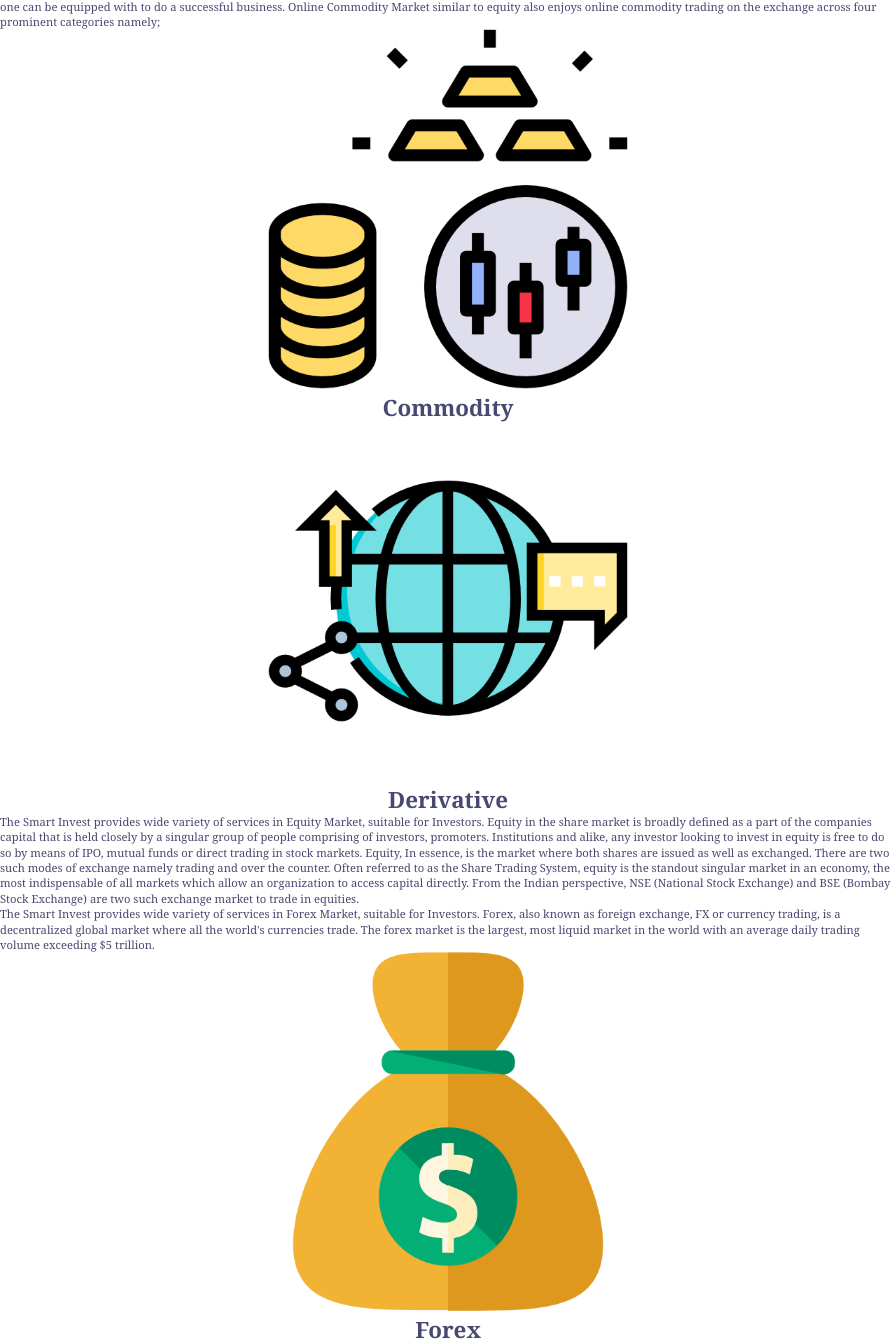
Repository: Demonster1999/Invest-Mart-new
Page: services.html
These files come from the project's save history. The page is drawn as it stood at one moment and after the next save; the edit follows.
The browser window is 1280 px wide. The pictures show the part of the page from y = 1412 to 3332 px (the page is 3332 px tall before and 3266 px after), at 70% of full size.
Some web libraries are served in a nearby version.

Above is the page before, as saved 2020-05-01 21:45:03.
Console error: TypeError: Failed to execute 'addEventListener' on 'EventTarget': parameter 2 is not of type 'Object'.

### services.html
<!doctype html>
<html lang="en">

<head>
  <!-- Required meta tags -->
  <meta charset="utf-8">
  <meta name="viewport" content="width=device-width, initial-scale=1, shrink-to-fit=no">

  <!-- Material Design for Bootstrap fonts and icons -->
  <link rel="stylesheet" href="https://fonts.googleapis.com/css?family=Roboto:300,400,500,700|Material+Icons">

  <!-- Material Design for Bootstrap CSS -->
  <link rel="stylesheet"
    href="https://unpkg.com/bootstrap-material-design@4.1.1/dist/css/bootstrap-material-design.min.css"
    integrity="sha384-wXznGJNEXNG1NFsbm0ugrLFMQPWswR3lds2VeinahP8N0zJw9VWSopbjv2x7WCvX" crossorigin="anonymous">

    <link rel="stylesheet" href="static/css/custom.css">
  <title>Services: Invest-Smart</title>
</head>

<body style="color:#484971 ; font-family :Georgia, 'Times New Roman', Times, serif ;" onload="window.addEventListener('load', fadeEffect);">
  <!-- preloader start -->
<div class="preloader" style="opacity: 1;">
  <img src="static/imgs/preloaderspin.svg" class="filler-green" alt="spinner">
</div>
  <!-- preloader end  -->

  <!-- nav start -->

  <nav class="navbar navbar-expand-lg fixed-top   text-center   ">
     <a class="navbar-brand" href="#">
       <img src="static/imgs/smartlogo.png"  height = "50"
         class="d-inline-block align-top" alt="">

     </a>
  <button class="navbar-toggler" type="button" data-toggle="collapse" data-target="#navbarSupportedContent"
    aria-controls="navbarSupportedContent" aria-expanded="false" aria-label="Toggle navigation">
    <span class="navbar-toggler-icon material-icons">menu</span>
  </button>

    <div class="collapse navbar-collapse justify-content-end  " id="navbarSupportedContent">
      <ul class="navbar-nav ">
        <li class="nav-item active mx-2 p-2">
          <a class="nav-link2" href="index.html">Home <span class="sr-only">(current)</span></a>
        </li>

        <li class="nav-item mx-2  p-2">
          <a href="About.html" class="nav-link2">About</a>
        </li>
        <li class="nav-item mx-2 p-2"><a href="services.html" class="nav-link2 ">Services</a></li>
        <li class="nav-item mx-2 p-2"><a href="Account.html" class="nav-link2">Account</a></li>
        <li class="nav-item mx-2 p-2"><a href="pricing.html" class="nav-link2">Pricing</a> </li>
        <li class="nav-item mx-2 p-2">
          <a class="nav-link2 " href="kyc.html">KYC</a>
        </li>
        <li class="nav-item mx-2 p-2 dropdown">
          <a class="nav-link2 dropdown-toggle" href="#" id="navbarDropdown" role="button" data-toggle="dropdown"
            aria-haspopup="true" aria-expanded="false">
            More
          </a>
          <div class="dropdown-menu" style= "background-color : rgba(255,255,255,0.45)" aria-labelledby="navbarDropdown">
            <a class="dropdown-item" href="#">Live Market</a>
            <div class="dropdown-divider"></div>
            <a class="dropdown-item" href="#">Trade</a>
            <div class="dropdown-divider"></div>
            <a class="dropdown-item" href="#">Portfolio</a>
            <div class="dropdown-divider"></div>
            <a class="dropdown-item" href="#">My Profile</a>
          </div>
        </li>

      </ul>

    </div>
  </nav>

  <!--  services Banner  -->

  <div class="top-wrapper p-5 text-center ">

    <h1 >
      Our Services
    </h1>

  </div>

  <!-- services Provided
   -->
   <div class="services container-fluid pt-5 mt-5">
     <div class="row">
      <div class="col-md-6">
       <center>
        <img src="static/imgs/icons/equity.png" class="img-fluid m-2 p-2" width="40%" alt="">
        <h1 class=" p-2 m-2"> Equity </h1>
       </center>


       </div>
       <div class="col-md-6 p-5">
<p class="p-2 m-2 blockquote">
  The Smart Invest provides wide variety of services in Equity Market, suitable for Investors. Equity in the share
  market
  is broadly defined as a part of the companies capital that is held closely by a singular group of people comprising
  of
  investors, promoters. Institutions and alike, any investor looking to invest in equity is free to do so by means of
  IPO,
  mutual funds or direct trading in stock markets. Equity, In essence, is the market where both shares are issued as
  well
  as exchanged. There are two such modes of exchange namely trading and over the counter. Often referred to as the Share
  Trading System, equity is the standout singular market in an economy, the most indispensable of all markets which
  allow
  an organization to access capital directly. From the Indian perspective, NSE (National Stock Exchange) and BSE (Bombay
  Stock Exchange) are two such exchange market to trade in equities.
</p>
       </div>


     </div>
   </div>
      <div class="services container-fluid pt-5 mt-5" style="background-color: #fff;">
        <div class="row">

          <div class="col-md-6 p-5">
            <p class="p-2 m-2 blockquote">
              The Smart Invest provides wide variety of services in Commodity Market, suitable for Investors.An online commodity
              market that deals in trading of monetary segments rather than objects that are manufactured. There are examiners and
              speculators from over 50 important markets here accessing monetary trading which predominates any physical trading when
              a set of items are passed from one hand to another. In simple terms, prospects contracts are genuinely the best strategy
              that one can be equipped with to do a successful business. Online Commodity Market similar to equity also enjoys online
              commodity trading on the exchange across four prominent categories namely;
            </p>
          </div>
              <div class="col-md-6">
                <center>
                  <img src="static/imgs/icons/stock.png" class="img-fluid m-2 p-2" width="40%" alt="">
                  <h1 class=" p-2 m-2"> Commodity </h1>
                </center>


              </div>

        </div>
      </div>

        <div class="services container-fluid pt-5 mt-5">
          <div class="row">
            <div class="col-md-6">
              <center>
                <img src="static/imgs/icons/trend.png" class="img-fluid m-2 p-2" width="40%" alt="">
                <h1 class=" p-2 m-2"> Derivative </h1>
              </center>


            </div>
            <div class="col-md-6 p-5">
              <p class="p-2 m-2 blockquote">
                The Smart Invest provides wide variety of services in Equity Market, suitable for Investors. Equity in the share
                market
                is broadly defined as a part of the companies capital that is held closely by a singular group of people
                comprising
                of
                investors, promoters. Institutions and alike, any investor looking to invest in equity is free to do so by means
                of
                IPO,
                mutual funds or direct trading in stock markets. Equity, In essence, is the market where both shares are issued
                as
                well
                as exchanged. There are two such modes of exchange namely trading and over the counter. Often referred to as the
                Share
                Trading System, equity is the standout singular market in an economy, the most indispensable of all markets
                which
                allow
                an organization to access capital directly. From the Indian perspective, NSE (National Stock Exchange) and BSE
                (Bombay
                Stock Exchange) are two such exchange market to trade in equities.
              </p>
            </div>


          </div>
        </div>
        <div class="services container-fluid pt-5 mt-5" style="background-color: #fff;">
          <div class="row">

            <div class="col-md-6 p-5">
              <p class="p-2 m-2 blockquote">
                The Smart Invest provides wide variety of services in Forex Market, suitable for Investors. Forex, also
                known as foreign exchange, FX or currency trading, is a decentralized global market where all the
                world's currencies trade. The forex market is the largest, most liquid market in the world with an
                average daily trading volume exceeding $5 trillion.
              </p>
            </div>
            <div class="col-md-6">
              <center>
                <img src="static/imgs/icons/money.png" class="img-fluid m-2 p-2" width="40%" alt="">
                <h1 class=" p-2 m-2"> Forex </h1>
              </center>


            </div>

          </div>
        </div>






    <script src="https://code.jquery.com/jquery-3.2.1.slim.min.js"
    integrity="sha384-KJ3o2DKtIkvYIK3UENzmM7KCkRr/rE9/Qpg6aAZGJwFDMVNA/GpGFF93hXpG5KkN"
    crossorigin="anonymous"></script>
  <script src="https://unpkg.com/popper.js@1.12.6/dist/umd/popper.js"
    integrity="sha384-fA23ZRQ3G/J53mElWqVJEGJzU0sTs+SvzG8fXVWP+kJQ1lwFAOkcUOysnlKJC33U"
    crossorigin="anonymous"></script>
  <script src="https://unpkg.com/bootstrap-material-design@4.1.1/dist/js/bootstrap-material-design.js"
    integrity="sha384-CauSuKpEqAFajSpkdjv3z9t8E7RlpJ1UP0lKM/+NdtSarroVKu069AlsRPKkFBz9"
    crossorigin="anonymous"></script>
  <script>$(document).ready(function () { $('body').bootstrapMaterialDesign(); });</script>
  <script>
    const preloader = document.querySelector('.preloader');
    const fadeEffect = setInterval(() => {
      // if we don't set opacity 1 in CSS, then
      // it will be equaled to "" -- that's why
      // we check it, and if so, set opacity to 1
      if (!preloader.style.opacity) {
        preloader.style.opacity = 1;
      }
      if (preloader.style.opacity > 0) {
        preloader.style.opacity -= 0.1;
        preloader.classList.add("loaded");
      } else {
        clearInterval(fadeEffect);
      }

    }, 100);



  </script>
</body>

</html>

### static/css/custom.css
* {
  margin: 0;
  padding: 0;
}

.overlay {
  position: fixed;
  top: 0;
  left: 0;
  width: 100%;
  height: 100%;
  z-index: 1000;
}

html,
body {
  height: 100%;
}

body::-webkit-scrollbar {
  width: 0;

}
/* Nav Style  */
.navbar{
  background-color: rgba(255,255,255,0.45);
}

a.nav-link2{
  font-weight: bolder;
  font-size: 20px;
  color:#484971;

  width:5%;
  transition: .5s;
}
 a.nav-link2:hover{
 color: hsl(351, 69%, 58%);
  font-weight: 900;
   font-size: 25px;

 width:100%;

}
.nav-item a.nav-link:active {
   color: hsl(351, 69%, 58%);
   font-weight: 900;
   font-size: 25px;
   border-bottom: solid #de4a61;
   width: 100%;

 }

 /* nav Styles End  */

/* Picture Caption Hover Effect  */
.container2 {
  position: relative;
  width: 50%;
}

.image {
  display: block;
  width: 100%;
  height: auto;
}

.overlay {
  position: absolute;
  bottom: 0;
  left: 0;
  right: 0;
  background-color: #fff;
  overflow: hidden;
  width: 100%;
  height: 0;
  transition: .5s ease;
}

.container2:hover .overlay {
  height: 100%;
}

.text {
  color: #484971;
  font-size: 15px;
  font-weight: bold;
  position: absolute;
  top: 50%;
  left: 50%;
  -webkit-transform: translate(-50%, -50%);
  -ms-transform: translate(-50%, -50%);
  transform: translate(-50%, -50%);
  text-align: justify;
}
/* Picture Caption hover Effect end  */

.carousel-inner {
  width: 100%;


}

/* main page Carousel */
.carousel-item img {
  opacity: 0.2;
  width: 100%;
  height : 640px;
  object-fit: cover;
}

/* carosel Caption for main page  */
.carousel-caption {
  position : absolute;
  text-align: center;
  top : 30%;
  position:absolute;
  z-index: 30px;

}

/* Position of Join us button and hover */
.pos {
  position: absolute;
  z-index: 60px;
  bottom : 0;
  right: 0;
  font-size: 25px;

}
.pos:hover{
     border: 1px solid #888;
    }


    /* preloader effect */
.preloader {
  align-items: center;
  background: #fff;
  display: flex;
  height: 100vh;
  justify-content: center;
  left: 0;
  position: fixed;
  top: 0;
  transition: opacity 0.3s linear;
  width: 100%;
  z-index: 9999;
  opacity: 1;
  transform: opacity 1s linear;


}
 .filter-green {
   fill: red;

 }
.preloader.loaded {

  display: none;
}

    /* preloader  */


    /* Top wrapper  */
.top-wrapper{
 width : 100%;
 height : 320px;
  background-color: #fff;

}
.top-wrapper h1{
  position: relative;
  color: #8C001A;
  top : 50%;
  filter: blur(1px);
  font-family: cursive;
}

.ourteam{
width:100%;
filter: blur(2px);
opacity: 0.5;

}

.ourteam-text2 {

  color: #484971;
  font-size: 20px;
  font-weight: 500;
  text-align: justify;
  font-family: Cambria,
    Cochin,
    Georgia,
    Times,
    'Times New Roman',
    serif;
}

.ourteam + h1{
  position: absolute;
  top: 40%;
  left : 20%;
  text-align: center;
  color: #8C001A;
  border-bottom: 5px #97cc5e solid;
  border-top: 5px #97cc5e solid;

}


.ourteam-text{

color:#484971;
font-size: 20px ;
font-weight: 500;
text-align: justify;
font-family: Cambria,
Cochin,
Georgia,
Times,
'Times New Roman',
serif;
}


.employee
{
 width: 100%;
 height : 640px;
 filter: drop-shadow(3px);

}

.employee + h1 {
  position: absolute;
  top: 50%;
  color: #fff;

}
@media only screen and (min-width: 768px){


.ourteam + h1 {
  position: absolute;
  top: 40%;
  left: 25%;
  text-align: center;
  font-size: 100px;
  font-family: cursive;
  z-index: 10px;

}

.ourteam-text {

  position: relative;
  top : 25%;
  font-size: xx-large;
}




}

After the next save:
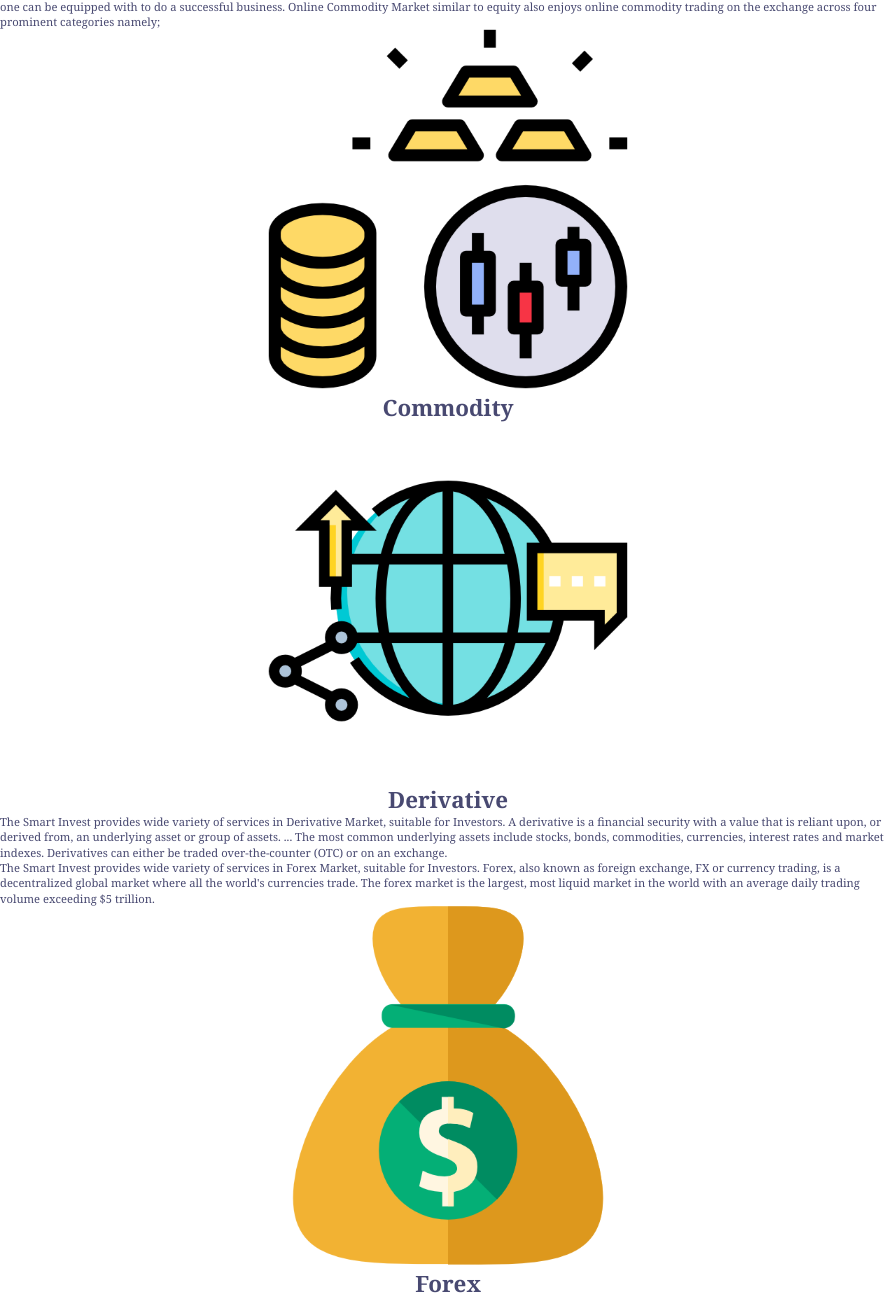
Saved 11 s later.
--- a/services.html
+++ b/services.html
@@ -154,25 +154,11 @@
             </div>
             <div class="col-md-6 p-5">
               <p class="p-2 m-2 blockquote">
-                The Smart Invest provides wide variety of services in Equity Market, suitable for Investors. Equity in the share
-                market
-                is broadly defined as a part of the companies capital that is held closely by a singular group of people
-                comprising
-                of
-                investors, promoters. Institutions and alike, any investor looking to invest in equity is free to do so by means
-                of
-                IPO,
-                mutual funds or direct trading in stock markets. Equity, In essence, is the market where both shares are issued
-                as
-                well
-                as exchanged. There are two such modes of exchange namely trading and over the counter. Often referred to as the
-                Share
-                Trading System, equity is the standout singular market in an economy, the most indispensable of all markets
-                which
-                allow
-                an organization to access capital directly. From the Indian perspective, NSE (National Stock Exchange) and BSE
-                (Bombay
-                Stock Exchange) are two such exchange market to trade in equities.
+                The Smart Invest provides wide variety of services in Derivative Market, suitable for Investors. A
+                derivative is a financial security with a value that is reliant upon, or derived from, an underlying
+                asset or group of assets. ... The most common underlying assets include stocks, bonds, commodities,
+                currencies, interest rates and market indexes. Derivatives can either be traded over-the-counter (OTC)
+                or on an exchange.
               </p>
             </div>
 
